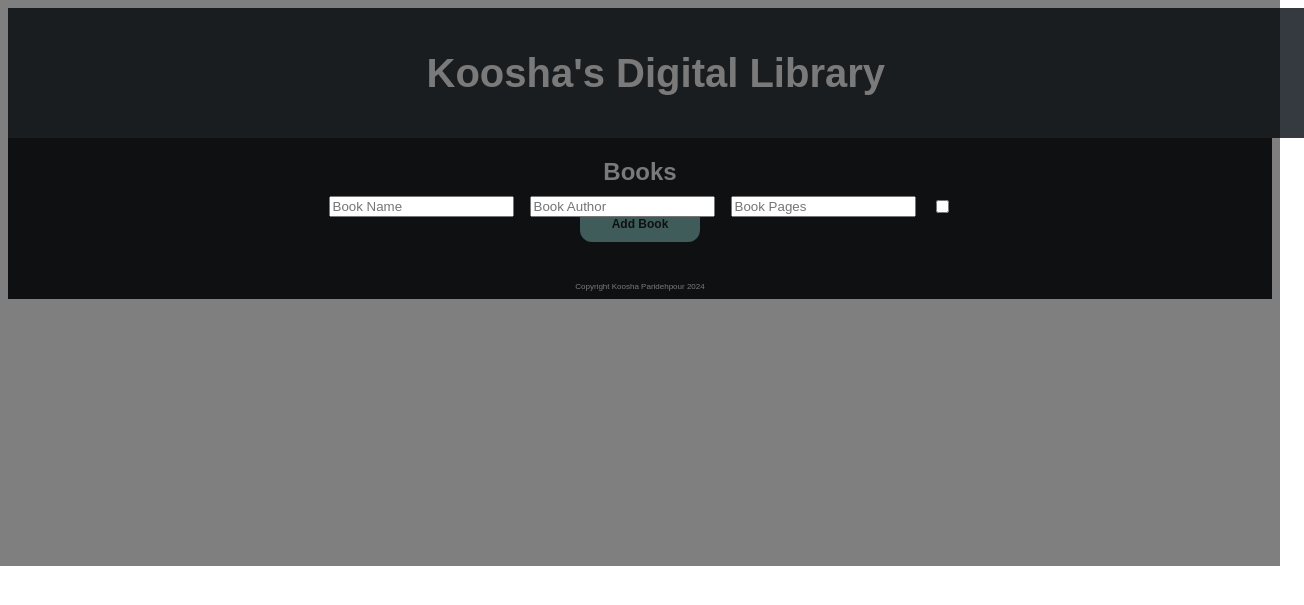
Repository: KooshaPari/odin-TTT
Page: index.html
These files come from the project's save history. The page is drawn as it stood at one moment and after the next save; the edit follows.
The browser window is 1280 px wide. The page is 1304 px wide, so the pictures cover 1304 px, including what lies to the right of the window. The pictures show the whole page.

Above is the page before, as saved 2024-03-14 21:34:52.
Console error: TypeError: Document.querySelector is not a function

### index.html
<!doctype html>
<html lang="en">
  <head>
    <meta charset="UTF-8" />
    <script src="./lib.js"></script>
    <link rel="stylesheet" href="./style.css" />
    <meta name="viewport" content="width=device-width, initial-scale=1.0" />
    <title>Document</title>
  </head>
  <body>
    <div id="parent">
      <div id="header">
        <h1>Koosha's Digital Library</h1>
      </div>
      <div id="body">
        <div class="isVisible" id="bookForm">
          <form id="bookAdd">
            <input type="text" class="inpForm" id="bookName" placeholder="Book Name" />
            <input type="text" class="inpForm" id="bookAuthor" placeholder="Book Author" />
            <input type="text" class="inpForm" id="bookPages" placeholder="Book Pages" />
            <input type="checkbox" class="inpForm" id="bookRead" placeholder="Book Read" />
          </form>
        </div>
        <h2 id="title">Books</h2>
        <button id="add-book">Add Book</button>
        <ol id="book-list"></ol>
      </div>
      <div id="footer">
        <p>Copyright Koosha Paridehpour 2024</p>
      </div>
    </div>
  </body>
</html>

### lib.js
const myLibrary = []
function Book(title, author, pages, read) {
  this.title = title
  this.author = author
  this.pages = pages
  this.read = read
}

function addBookToLibrary(book) {
  myLibrary.push(book)
}
const page = Document.querySelector('#body')
const bookList = Document.querySelector('#book-list')
const bookForm = Document.querySelector('#bookForm')
/* CREATE PREMADE CARD GENERIC THAT IS CLONE & MODIFIED WITH GIVEN INFORMATION */
function render() {
  for (let book of myLibrary) {
    bookList.appendChild(createBookCard(book))
  }
}
const addBook = document.querySelector('#add-book')
addBook.addEventListener('click', () => bookAddHandler())

function bookAddHandler() {
  bookForm.classList.toggle('isVisible')
}

### style.css
* {
  font-family: sans-serif;
}
#parent {
  background-color: #1f2022;
  width: 100%;
  height: 100%;
}
#header {
  background-color: #353a40;
  padding: 1.25%;
  width: 100%;
  height: 100%;
}
#header h1 {
  color: #f6f5f5;

  font-size: 2.5em;
}
#footer p {
  color: #f6f5f5;
  font-size: 0.5em;
}

#header,
#footer,
#body {
  display: flex;
  align-items: center;
  justify-content: center;
}
#title {
  color: #f6f5f5;
}
#body {
  flex-direction: column;
}
#add-book {
  color: #1f2022;
  background-color: #7ebab5;
  border-radius: 1em;
  border: none;
  padding: 0.5em;
  height: 3em;
  width: 10em;
  font-size: 12px;
  font-weight: bold;
  -webkit-border-radius: 1em;
  -moz-border-radius: 1em;
  -ms-border-radius: 1em;
  -o-border-radius: 1em;
}
#bookForm {
  position: absolute;
  width: 100%;
  height: 100%;
  background-color: rgba(0, 0, 0, 0.5);
  align-items: center;
  justify-content: center;
  display: flex;
}
#bookAdd {
  align-items: center;
  justify-content: center;
  display: flex;
  gap: 1em;
}
.isVisible {
  visibility: visible;
}
#add-book:hover {
  background-color: #5e8d87;
}
#add-book:active {
  background-color: #3e6d67;
}

After the next save:
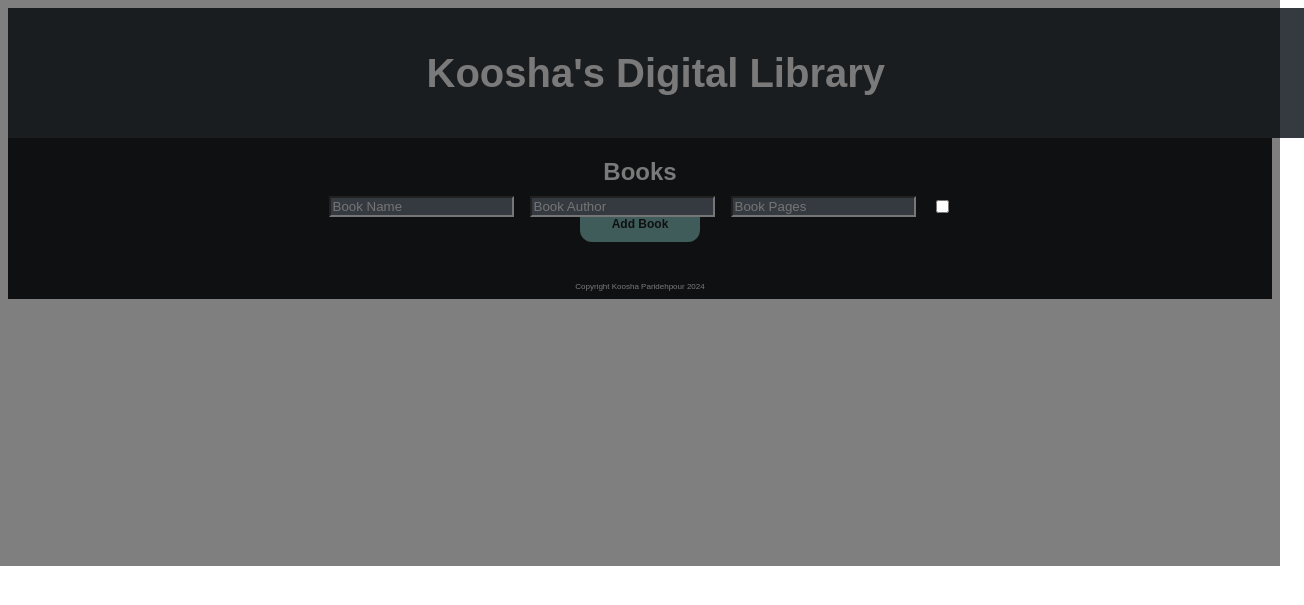
Saved 28 s later.
--- a/style.css
+++ b/style.css
@@ -74,3 +74,6 @@
 #add-book:active {
   background-color: #3e6d67;
 }
+.inpForm {
+  background-color: #353a40;
+}
